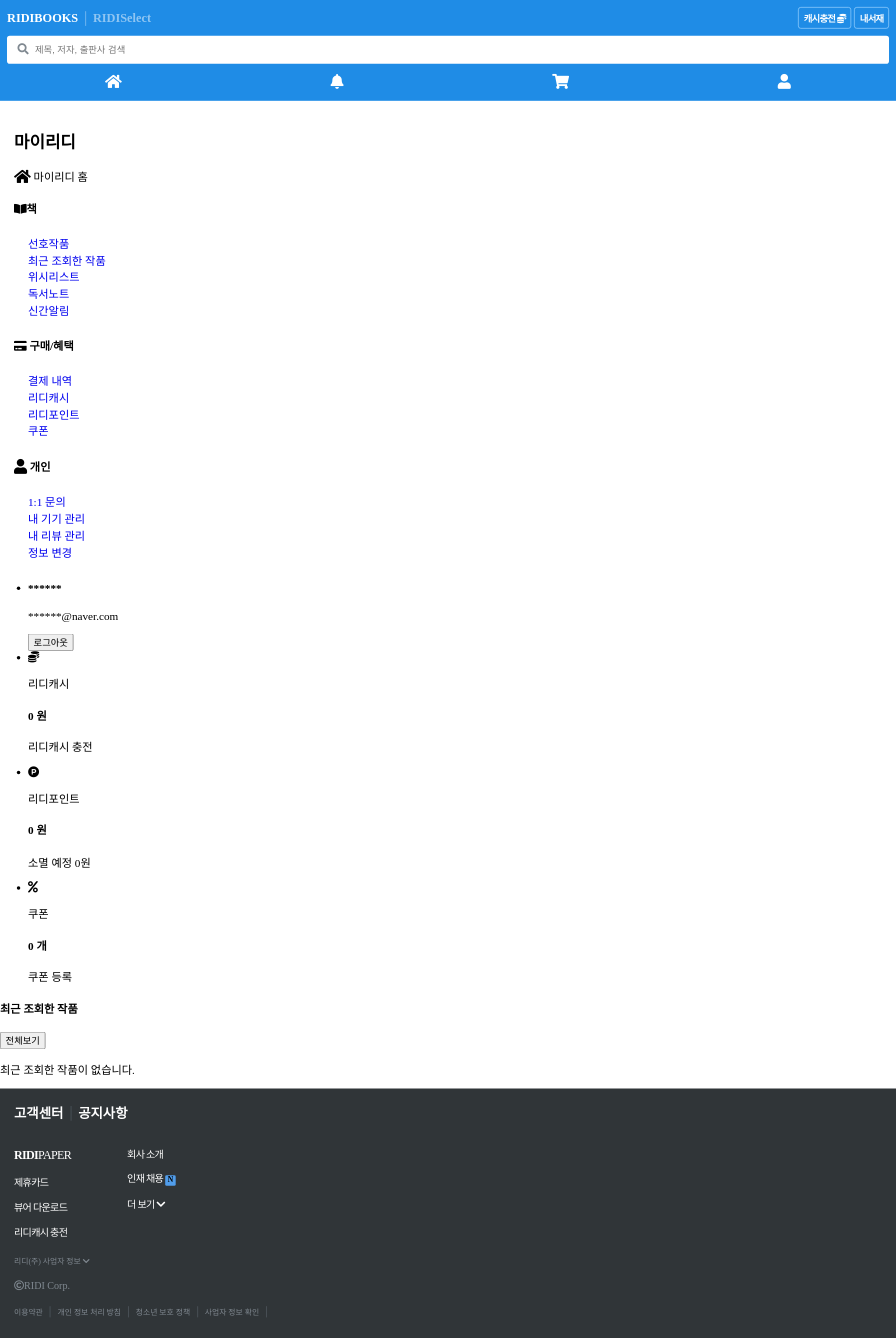
Repository: mega-teamproject/teamproject1
Page: html/myridi.html
An editor plug-in stored every save of this project. The page is shown before and after the next save, followed by the edit.
The browser window is 1280 px wide. The pictures show the whole page, at 70% of full size.

Above is the page before, as saved 2022-01-05 01:15:11.

### html/myridi.html
<!DOCTYPE html>
<html lang="ko">
  <head>
    <meta charset="UTF-8" />
    <meta http-equiv="X-UA-Compatible" content="IE=edge" />
    <meta name="viewport" content="width=device-width, initial-scale=1.0" />
    <title>마이리디</title>
    <link rel="stylesheet" href="../css/myridi.css" />
    <link
      rel="stylesheet"
      href="https://use.fontawesome.com/releases/v5.15.4/css/all.css"
      integrity="sha384-DyZ88mC6Up2uqS4h/KRgHuoeGwBcD4Ng9SiP4dIRy0EXTlnuz47vAwmeGwVChigm"
      crossorigin="anonymous"
    />
  </head>
  <body>
    <div class="container">
        <div class="header">
          <header>
            <div class="search">
              <a href="index.html"><h1>RIDIBOOKS</h1></a>
              <a href="https://select.ridibooks.com/home"><h1 id="opacity">RIDISelect</h1></a>
            </div>
            <div class="joinLogin">
              <button class="borderBtn btn" onclick="location.href='join1.html'">
                캐시충전
                <i class="fas fa-coins"></i>
              </button>
              <button class="borderBtn btn" onclick="location.href='login.html'">
                내서재
              </button>
            </div>
          </header>
          <div class="relative">
            <input type="text" placeholder="제목, 저자, 출판사 검색" />
            <span><i class="fas fa-search"></i> </span>
          </div>
          <nav>
            <ul>
              <li>
                <a href="index.html"><i class="fas fa-home fa-lg"></i></a>
              </li>
              <li>
                <a href="alarm.html"><i class="fas fa-bell fa-lg"></i></a>
              </li>
              <li>
                <a href="cart.html"><i class="fas fa-shopping-cart fa-lg"></i></a>
              </li>
              <li>
                <a href="myridi.html"><i class="fas fa-user fa-lg"></i></a>
              </li>
            </ul>
          </nav>
        </div>
        <div class="body">
          <div class="sidebar">
            <nav>

              <ul>
                <li><h2>마이리디</h2></li>
                <li>
                  <i class="fas fa-home fa-lg"></i>
                  <span> 마이리디 홈</span>
                </li>
                <li>
                  <h4><i class="fas fa-book-open"></i>책</h4>
                  <ul>
                    <li><a href="#"> 선호작품</a></li>
                    <li><a href="#"> 최근 조회한 작품</a></li>
                    <li><a href="#"> 위시리스트</a></li>
                    <li><a href="#"> 독서노트</a></li>
                    <li><a href="#"> 신간알림</a></li>
                    <li></li>
                  </ul>
                </li>
                <li>
                  <h4><i class="fas fa-credit-card"></i> 구매/혜택</h4>
                  <ul>
                    <li><a href="#">결제 내역</a></li>
                    <li><a href="#">리디캐시</a></li>
                    <li><a href="#">리디포인트</a></li>
                    <li><a href="#">쿠폰</a></li>
                  </ul>
                </li>
                <li>
                  <h4><i class="fas fa-user fa-lg"></i> 개인</h4>
                  <ul>
                    <li><a href="#">1:1 문의</a></li>
                    <li><a href="#">내 기기 관리</a></li>
                    <li><a href="#">내 리뷰 관리</a></li>
                    <li><a href="#">정보 변경</a></li>
                  </ul>
                </li>
              </ul>
            </nav>
          </div>
          <div class="section">
            <section>
              <div class="my-ridi">
                <ul>
                  <li>
                    <h4>******</h4>
                    <p>******@naver.com</p>
                    <button>로그아웃</button>
                  </li>
                  <li>
                    <i class="fas fa-coins"></i>
                    <p>리디캐시</p>
                    <h4>0 <span> 원</span></h4>
                    <p>리디캐시 충전 </p>
                  </li>
                  <li>
                    <i class="fab fa-product-hunt"></i>
                    <p>리디포인트</p>
                    <h4>0 <span> 원</span></h4>
                    <p>소멸 예정 0원</p>
                  </li>
                  <li>
                    <i class="fas fa-percent"></i>
                    <p>쿠폰</p>
                    <h4>0 <span> 개</span></h4>
                    <p>쿠폰 등록 </p>
                  </li>
                </ul>
              </div>
                <div class="visited">
                  <div class="visited-header">
                    <h4>최근 조회한 작품</h4>
                    <button type="button">전체보기</button>
                  </div>
                  <div class="visited-contents">
                    <p>최근 조회한 작품이 없습니다.</p>
                  </div>
                </div>
            </section>
          </div>
        </div>

        <div class="footer">
            <footer>
              <div class="footer-menu1">
                <a href=""><span class="borderR">고객센터</span></a>
                <a href=""><span>공지사항</span></a>
              </div>
              <div class="footer-menu2">
                <div class="footer-wrapper1">
                  <a href="https://paper.ridibooks.com/"><p class="bigFont"><strong>RIDI</strong>PAPER</p></a>
                  <a href="#"><p>제휴카드</p></a>
                  <a href="#"><p>뷰어 다운로드</p></a>
                  <a href="https://ridibooks.com/order/checkout/cash"><p>리디캐시 충전</p></a>
                </div>
                <div class="footer-wrapper2">
                  <a href="https://www.ridicorp.com/"><p>회사 소개</p></a>
                  <a href="https://www.ridicorp.com/career/"><p>인재 채용 <span class="blue-bg">N</span></p></a>
                  <a href="#"><p>더 보기 <i class="fas fa-chevron-down"></i></p></a>
                  <a href="https://help.ridibooks.com/hc/ko/articles/360046896553"><p class="invisible">콘텐츠 제공문의</p></a>
                  <a href="https://cp.ridibooks.com/cp/login"><p class="invisible">CP 사이트</p></a>
                  <a href="mailto:biz@ridi.com"><p class="invisible">사업 제휴 문의</p></a>
                  <a href="https://help.ridibooks.com/hc/ko/articles/360058140713-RIDI-Biz-%ED%98%91%EC%97%85-%EB%AC%B8%EC%9D%98"><p class="invisible">리디셀렉트 B2B</p></a>
                </div>
              </div>
              <div class="footer-info fontColor">
                <a href="#"><p>리디(주) 사업자 정보 <i class="fas fa-chevron-down"></i></p></a>
                <p class="invisible">대표자 배기식 | 사업자 등록번호 120-87-27435</p>
                <p class="invisible">통신판매업 신고번호 제 2009-서울강남 35-02139호</p>
                <p class="invisible">이메일 help@ridi.com | 대표전화 1644-0331</p>
                <p class="invisible">주소 서울시 강남구 역삼동 702-28 어반벤치빌딩 10층(테헤란로 325)</p>
              </div>
              <div class="fontColor copyright"><i class="far fa-copyright"></i>RIDI Corp.</div>
              <div class="footer-terms fontColor">
                <a href="https://policy.ridi.com/legal/terms/"><p class="paddingL">이용약관</p></a>
                <a href="https://policy.ridi.com/legal/privacy/"><p>개인 정보 처리 방침</p></a>
                <a href="https://policy.ridi.com/legal/youth/"><p>청소년 보호 정책</p></a>
                <a href="https://ftc.go.kr/www/bizCommList.do?key=232"><p>사업자 정보 확인</p></a>
              </div>
            </footer>
          </div>
  </body>
</html>

### css/myridi.css
* {
  box-sizing: border-box;
  /* 일반로맨스판타지만화BL hover color #0077D9 */
}

body {
  margin: 0;
}

a {
  text-decoration: none;
}

.header {
  background-color: #1f8ce6;
}

header {
  display: flex;
  justify-content: space-between;
  align-items: center;
}

.search {
  display: flex;
  margin-left: 10px;
}

.search h1 {
  color: white;
  font-size: 1.1em;
  margin-right: 10px;
  margin-bottom: 0;
}

.search h1#opacity {
  opacity: 0.5;
  border-left: 1px solid;
  padding-left: 10px;
}

.joinLogin {
  margin-right: 10px;
  margin-top: 10px;
}

.joinLogin button.btn {
  border-radius: 4px;
  padding: 5px 7px;
  letter-spacing: -1px;
  font-weight: bold;
  cursor: pointer;
}

.joinLogin button.borderBtn {
  background-color: transparent;
  color: white;
  border: 1px solid #99d1ff;
}

.relative input {
  width: 100%;
  height: 40px;
  margin-top: 10px;
  border-radius: 4px;
  border: none;
  padding-left: 40px;
}
.relative input:focus {
  outline: none;
}

.relative {
  position: relative;
  margin: 0 10px;
}

.relative span {
  color: #808991;
  position: absolute;
  top: 20px;
  left: 15px;
}

.header nav {
  padding: 1px;
}

.header nav ul {
  padding-left: 0;
  display: flex;
  justify-content: space-around;
}

.header ul li {
  list-style: none;
}

.header ul li a {
  text-decoration: none;
  color: white;
}

.sidebar nav ul {
  list-style: none;
  padding: 5px 20px;
}

.footer {
  background: #303538;
  color: white;
}

footer a {
  text-decoration: none;
  color: white;
}

footer p.invisible {
  display: none;
}

footer .footer-menu1 {
  display: flex;
  justify-content: left;
  padding: 20px 10px;
  padding-bottom: 0;
}

footer .footer-menu1 a {
  margin: 0 10px;
  font-size: 1.2em;
  font-weight: bold;
}

footer .footer-menu1 a:first-child {
  margin-right: 0;
}

footer .footer-menu1 a span.borderR {
  border-right: 1px solid #525a61;
  padding-right: 10px;
}

footer .footer-menu2 {
  display: flex;
  padding: 20px;
  font-size: 0.9em;
  letter-spacing: -1px;
  padding-bottom: 0;
}

footer .footer-menu2 .footer-wrapper1 {
  margin-right: 40px;
}

footer .footer-menu2 .footer-wrapper1 p.bigFont {
  font-size: 1.2em;
}

footer .footer-menu2 .footer-wrapper2 {
  margin-left: 40px;
}

footer .footer-menu2 .footer-wrapper2 span.blue-bg {
  background-color: #509deb;
  border-radius: 2px;
  display: inline-block;
  width: 15px;
  height: 15px;
  text-align: center;
  color: black;
  font-weight: bold;
  font-size: 0.75em;
}

footer .fontColor {
  color: #808991;
  padding: 10px;
  padding-left: 20px;
}

footer .copyright {
  font-size: 0.9em;
}

footer .fontColor p {
  color: #808991;
  font-size: 0.7em;
  margin: 0;
}

footer .footer-terms {
  display: flex;
  padding-bottom: 30px;
}

footer .footer-terms a p {
  border-right: 1px solid #525a61;
  padding: 0 10px;
}

footer .footer-terms a p.paddingL {
  padding-left: 0;
}

After the next save:
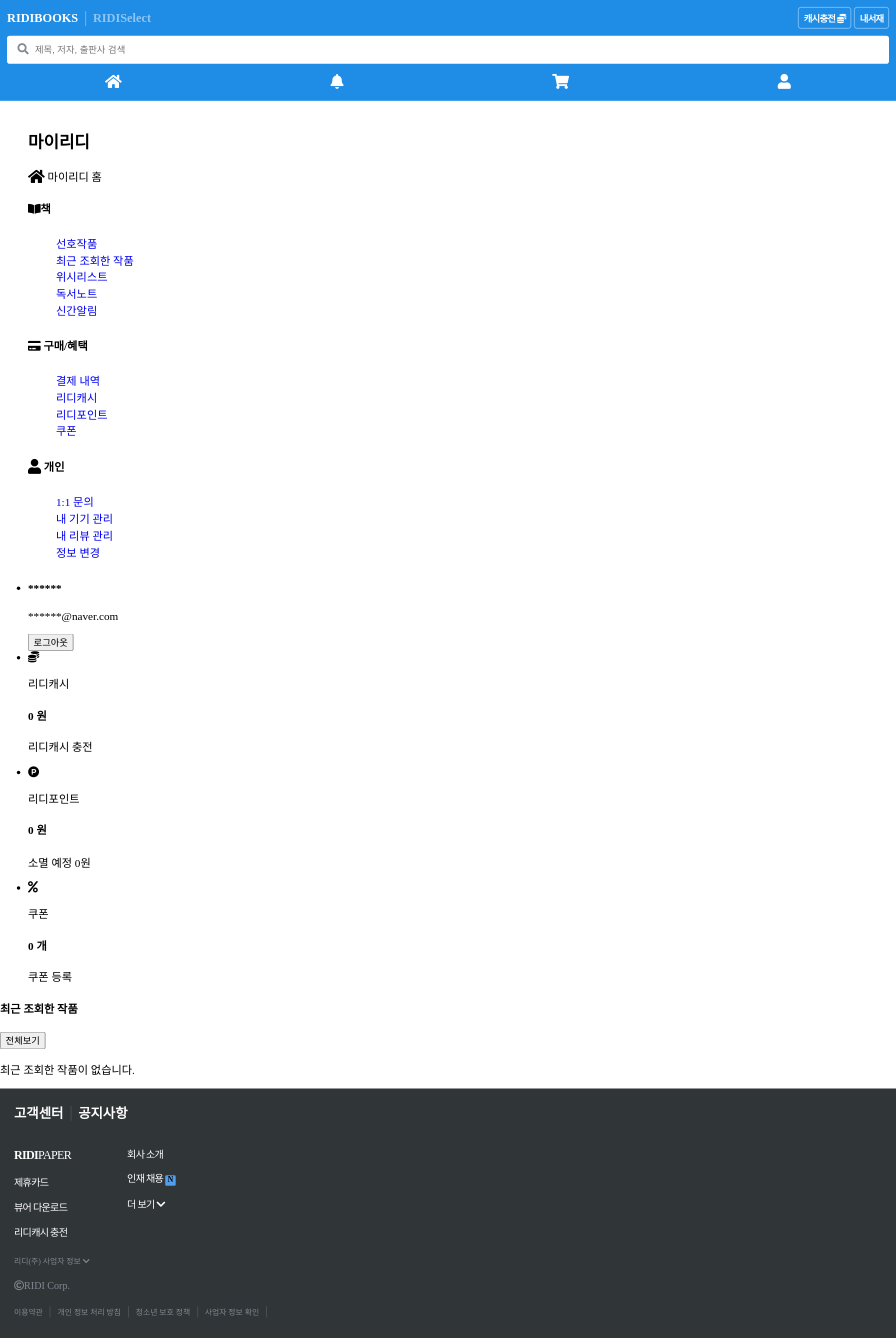
Saved 5 s later.
--- a/css/myridi.css
+++ b/css/myridi.css
@@ -103,7 +103,7 @@
 
 .sidebar nav ul {
   list-style: none;
-  padding: 5px 20px;
+  padding: 5px 40px;
 }
 
 .footer {
